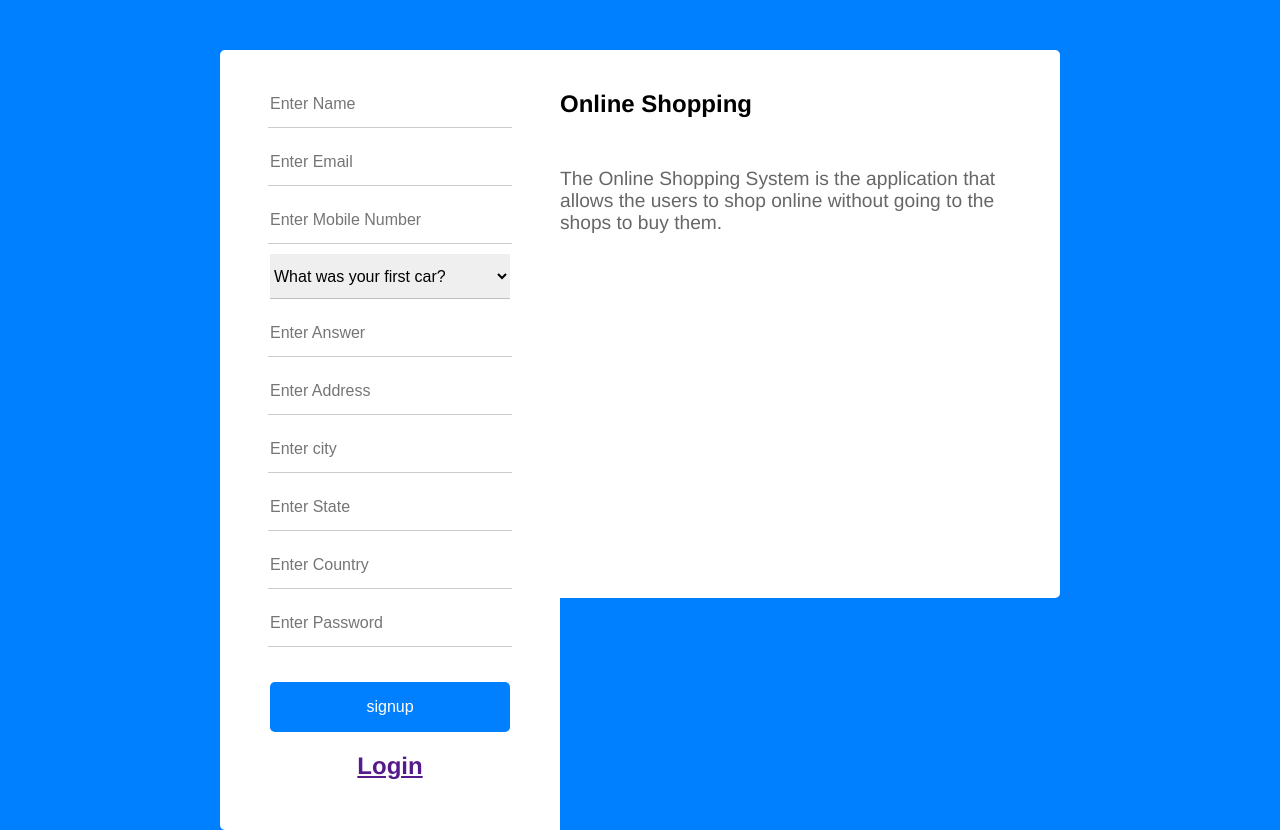
Repository: Dineshbabu290904/DigiMart
Page: http://localhost/ShoppingCart/signup.jsp
An editor plug-in stored every save of this project. The page is shown before and after the next save, followed by the edit.
The browser window is 1280 px wide. The pictures show the whole page.
The page is served by Tomcat 9. Other server files are loaded and not shown.

Above is the page before, as saved 2024-10-12 10:03:43.

### ShoppingCart/src/main/webapp/signup.jsp
<!DOCTYPE html>
<html>
<head>
<link rel="stylesheet" href="css/signup-style.css">
<title>Signup</title>
</head>
<body>
<div id='container'>
  <div class='signup'>
  	<form action ="signupAction" method="post">
  		<input type="text" name="name" placeholder="Enter Name" required>
  		<input type="email" name="email" placeholder="Enter Email" required>
  		<input type="number" name="mobileNumber" placeholder="Enter Mobile Number" required>
  		<select name="securityQuestion" required>
  			<option value="What was your first car?">What was your first car?</option>
  			<option value="What is the name of your first pet?">What is the name of your first pet?</option>
  			<option value="What elementary school did you attend?">What elementary school did you attend?</option>
  			<option value="What is the name of the town where you were born?">What is the name of the town where you were born?</option>
  		</select>
  		<input type="text" name="answer" placeholder="Enter Answer" required>
  		<input type="text" name="address" placeholder="Enter Address" required>
  		<input type="text" name="city" placeholder="Enter city" required>
  		<input type="text" name="state" placeholder="Enter State" required>
  		<input type="text" name="country" placeholder="Enter Country" required>
  		<input type="password" name="password" placeholder="Enter Password" required>
  		<input type="submit" value="signup">
  	</form>
      <h2><a href="">Login</a></h2>
  </div>
  <div class='whysign'>
<%
	String msg = request.getParameter("msg");
	if("vaild".equals(msg)){
%>
<h1>Successfully Registration</h1>
<%} %>
<%
if("invaild".equals(msg)){
%>
<h1>Some thing Went Wrong! Try Again !</h1>
<%} %>
    <h2>Online Shopping</h2>
    <p>The Online Shopping System is the application that allows the users to shop online without going to the shops to buy them.</p>
  </div>
</div>

</body>
</html>

Loaded but not shown: ShoppingCart/src/main/webapp/css/signup-style.css (common file)

After the next save:
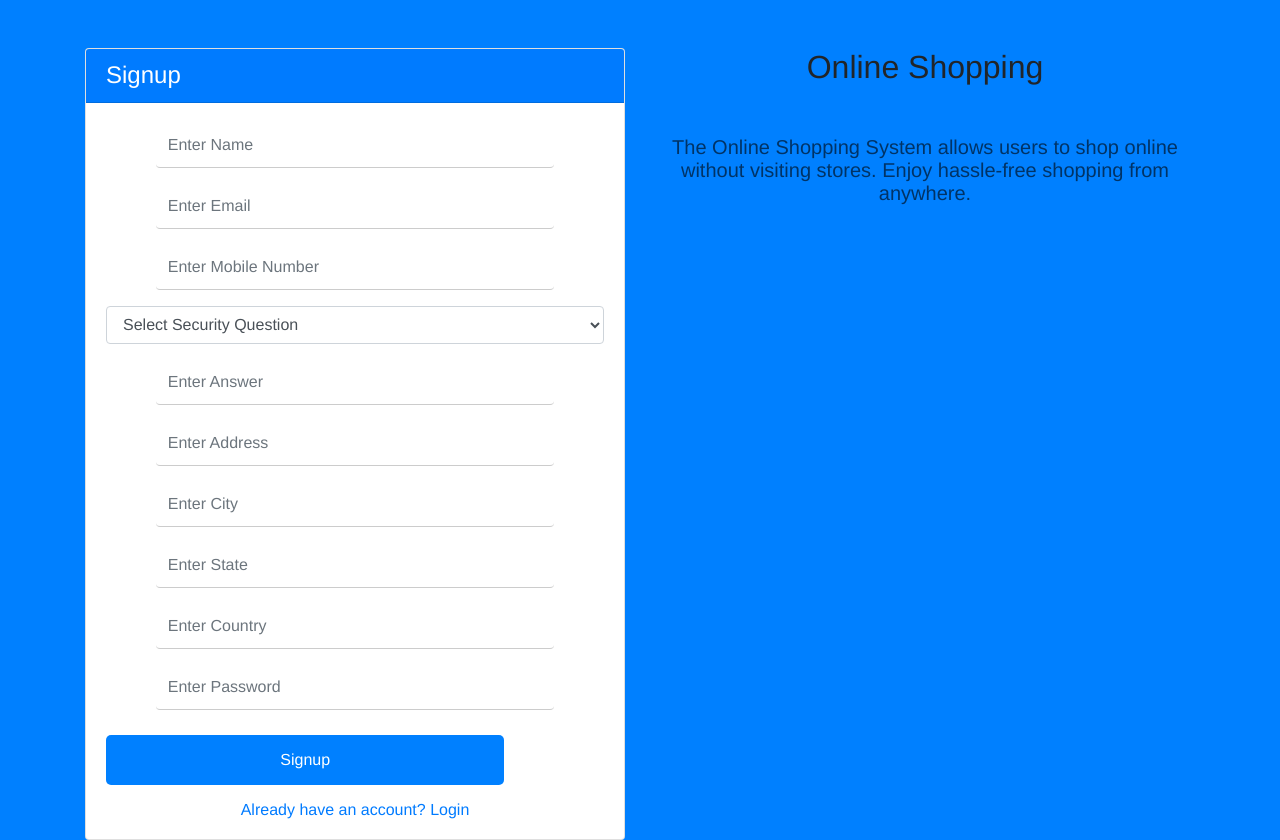
Saved 4 min 26 s later.
--- a/ShoppingCart/src/main/webapp/signup.jsp
+++ b/ShoppingCart/src/main/webapp/signup.jsp
@@ -1,48 +1,97 @@
 <!DOCTYPE html>
-<html>
+<html lang="en">
 <head>
-<link rel="stylesheet" href="css/signup-style.css">
-<title>Signup</title>
+  <meta charset="UTF-8">
+  <meta name="viewport" content="width=device-width, initial-scale=1.0">
+  <title>Signup</title>
+  <!-- Bootstrap CSS -->
+  <link rel="stylesheet" href="https://stackpath.bootstrapcdn.com/bootstrap/4.6.0/css/bootstrap.min.css">
+  <link rel="stylesheet" href="css/signup-style.css">
 </head>
 <body>
-<div id='container'>
-  <div class='signup'>
-  	<form action ="signupAction" method="post">
-  		<input type="text" name="name" placeholder="Enter Name" required>
-  		<input type="email" name="email" placeholder="Enter Email" required>
-  		<input type="number" name="mobileNumber" placeholder="Enter Mobile Number" required>
-  		<select name="securityQuestion" required>
-  			<option value="What was your first car?">What was your first car?</option>
-  			<option value="What is the name of your first pet?">What is the name of your first pet?</option>
-  			<option value="What elementary school did you attend?">What elementary school did you attend?</option>
-  			<option value="What is the name of the town where you were born?">What is the name of the town where you were born?</option>
-  		</select>
-  		<input type="text" name="answer" placeholder="Enter Answer" required>
-  		<input type="text" name="address" placeholder="Enter Address" required>
-  		<input type="text" name="city" placeholder="Enter city" required>
-  		<input type="text" name="state" placeholder="Enter State" required>
-  		<input type="text" name="country" placeholder="Enter Country" required>
-  		<input type="password" name="password" placeholder="Enter Password" required>
-  		<input type="submit" value="signup">
-  	</form>
-      <h2><a href="">Login</a></h2>
+  <div class="container mt-5">
+    <div class="row">
+      <!-- Signup Form -->
+      <div class="col-md-6">
+        <div class="card">
+          <div class="card-header bg-primary text-white">
+            <h4 class="card-title mb-0">Signup</h4>
+          </div>
+          <div class="card-body">
+            <form action="signupAction.jsp" method="post">
+              <div class="form-group">
+                <input type="text" class="form-control" name="name" placeholder="Enter Name" required>
+              </div>
+              <div class="form-group">
+                <input type="email" class="form-control" name="email" placeholder="Enter Email" required>
+              </div>
+              <div class="form-group">
+                <input type="number" class="form-control" name="mobileNumber" placeholder="Enter Mobile Number" required>
+              </div>
+              <div class="form-group">
+                <select class="form-control" name="securityQuestion" required>
+                  <option value="" disabled selected>Select Security Question</option>
+                  <option value="What was your first car?">What was your first car?</option>
+                  <option value="What is the name of your first pet?">What is the name of your first pet?</option>
+                  <option value="What elementary school did you attend?">What elementary school did you attend?</option>
+                  <option value="What is the name of the town where you were born?">What is the name of the town where you were born?</option>
+                </select>
+              </div>
+              <div class="form-group">
+                <input type="text" class="form-control" name="answer" placeholder="Enter Answer" required>
+              </div>
+              <div class="form-group">
+                <input type="text" class="form-control" name="address" placeholder="Enter Address" required>
+              </div>
+              <div class="form-group">
+                <input type="text" class="form-control" name="city" placeholder="Enter City" required>
+              </div>
+              <div class="form-group">
+                <input type="text" class="form-control" name="state" placeholder="Enter State" required>
+              </div>
+              <div class="form-group">
+                <input type="text" class="form-control" name="country" placeholder="Enter Country" required>
+              </div>
+              <div class="form-group">
+                <input type="password" class="form-control" name="password" placeholder="Enter Password" required>
+              </div>
+              <button type="submit" class="btn btn-success btn-block">Signup</button>
+            </form>
+            <div class="text-center mt-3">
+              <a href="login.html">Already have an account? Login</a>
+            </div>
+          </div>
+        </div>
+      </div>
+
+      <!-- Info and Success/Error Message -->
+      <div class="col-md-6">
+        <div class="text-center">
+          <%
+            String msg = request.getParameter("msg");
+            if ("valid".equals(msg)) {
+          %>
+          <div class="alert alert-success" role="alert">
+            Successfully Registered!
+          </div>
+          <% } else if ("invalid".equals(msg)) { %>
+          <div class="alert alert-danger" role="alert">
+            Something went wrong! Please try again.
+          </div>
+          <% } %>
+
+          <h2>Online Shopping</h2>
+          <p class="lead">
+            The Online Shopping System allows users to shop online without visiting stores. Enjoy hassle-free shopping from anywhere.
+          </p>
+        </div>
+      </div>
+    </div>
   </div>
-  <div class='whysign'>
-<%
-	String msg = request.getParameter("msg");
-	if("vaild".equals(msg)){
-%>
-<h1>Successfully Registration</h1>
-<%} %>
-<%
-if("invaild".equals(msg)){
-%>
-<h1>Some thing Went Wrong! Try Again !</h1>
-<%} %>
-    <h2>Online Shopping</h2>
-    <p>The Online Shopping System is the application that allows the users to shop online without going to the shops to buy them.</p>
-  </div>
-</div>
 
+  <!-- Bootstrap JS and dependencies -->
+  <script src="https://code.jquery.com/jquery-3.6.0.min.js"></script>
+  <script src="https://cdn.jsdelivr.net/npm/@popperjs/core@2.9.3/dist/umd/popper.min.js"></script>
+  <script src="https://stackpath.bootstrapcdn.com/bootstrap/4.6.0/js/bootstrap.min.js"></script>
 </body>
 </html>

After the 2 saves that followed:
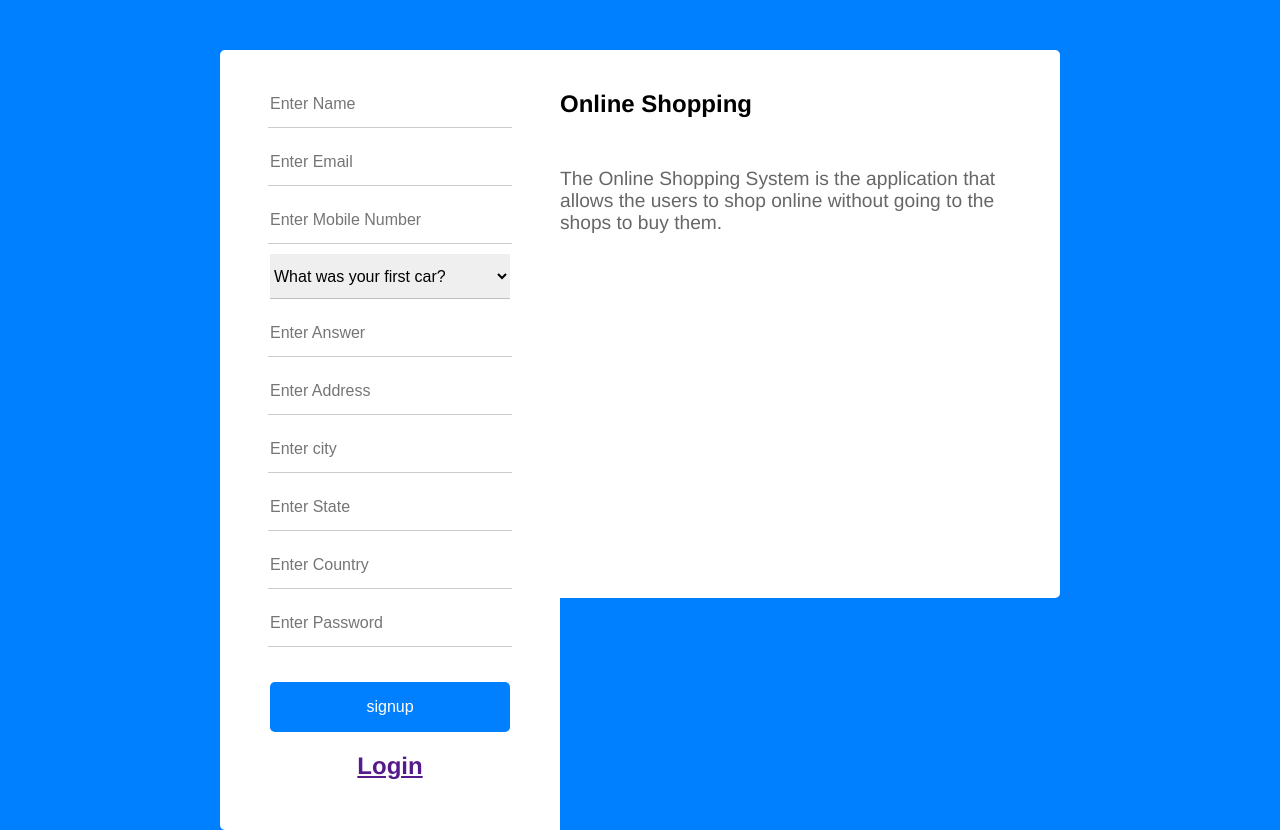
The 2 saves are shown as one change because 1 left the picture as it was.
The last was saved 95 s later.
--- a/ShoppingCart/src/main/webapp/signup.jsp
+++ b/ShoppingCart/src/main/webapp/signup.jsp
@@ -1,97 +1,48 @@
 <!DOCTYPE html>
-<html lang="en">
+<html>
 <head>
-  <meta charset="UTF-8">
-  <meta name="viewport" content="width=device-width, initial-scale=1.0">
-  <title>Signup</title>
-  <!-- Bootstrap CSS -->
-  <link rel="stylesheet" href="https://stackpath.bootstrapcdn.com/bootstrap/4.6.0/css/bootstrap.min.css">
-  <link rel="stylesheet" href="css/signup-style.css">
+<link rel="stylesheet" href="css/signup-style.css">
+<title>Signup</title>
 </head>
 <body>
-  <div class="container mt-5">
-    <div class="row">
-      <!-- Signup Form -->
-      <div class="col-md-6">
-        <div class="card">
-          <div class="card-header bg-primary text-white">
-            <h4 class="card-title mb-0">Signup</h4>
-          </div>
-          <div class="card-body">
-            <form action="signupAction.jsp" method="post">
-              <div class="form-group">
-                <input type="text" class="form-control" name="name" placeholder="Enter Name" required>
-              </div>
-              <div class="form-group">
-                <input type="email" class="form-control" name="email" placeholder="Enter Email" required>
-              </div>
-              <div class="form-group">
-                <input type="number" class="form-control" name="mobileNumber" placeholder="Enter Mobile Number" required>
-              </div>
-              <div class="form-group">
-                <select class="form-control" name="securityQuestion" required>
-                  <option value="" disabled selected>Select Security Question</option>
-                  <option value="What was your first car?">What was your first car?</option>
-                  <option value="What is the name of your first pet?">What is the name of your first pet?</option>
-                  <option value="What elementary school did you attend?">What elementary school did you attend?</option>
-                  <option value="What is the name of the town where you were born?">What is the name of the town where you were born?</option>
-                </select>
-              </div>
-              <div class="form-group">
-                <input type="text" class="form-control" name="answer" placeholder="Enter Answer" required>
-              </div>
-              <div class="form-group">
-                <input type="text" class="form-control" name="address" placeholder="Enter Address" required>
-              </div>
-              <div class="form-group">
-                <input type="text" class="form-control" name="city" placeholder="Enter City" required>
-              </div>
-              <div class="form-group">
-                <input type="text" class="form-control" name="state" placeholder="Enter State" required>
-              </div>
-              <div class="form-group">
-                <input type="text" class="form-control" name="country" placeholder="Enter Country" required>
-              </div>
-              <div class="form-group">
-                <input type="password" class="form-control" name="password" placeholder="Enter Password" required>
-              </div>
-              <button type="submit" class="btn btn-success btn-block">Signup</button>
-            </form>
-            <div class="text-center mt-3">
-              <a href="login.html">Already have an account? Login</a>
-            </div>
-          </div>
-        </div>
-      </div>
+<div id='container'>
+  <div class='signup'>
+  	<form action ="signupAction" method="post">
+  		<input type="text" name="name" placeholder="Enter Name" required>
+  		<input type="email" name="email" placeholder="Enter Email" required>
+  		<input type="number" name="mobileNumber" placeholder="Enter Mobile Number" required>
+  		<select name="securityQuestion" required>
+  			<option value="What was your first car?">What was your first car?</option>
+  			<option value="What is the name of your first pet?">What is the name of your first pet?</option>
+  			<option value="What elementary school did you attend?">What elementary school did you attend?</option>
+  			<option value="What is the name of the town where you were born?">What is the name of the town where you were born?</option>
+  		</select>
+  		<input type="text" name="answer" placeholder="Enter Answer" required>
+  		<input type="text" name="address" placeholder="Enter Address" required>
+  		<input type="text" name="city" placeholder="Enter city" required>
+  		<input type="text" name="state" placeholder="Enter State" required>
+  		<input type="text" name="country" placeholder="Enter Country" required>
+  		<input type="password" name="password" placeholder="Enter Password" required>
+  		<input type="submit" value="signup">
+  	</form>
+      <h2><a href="">Login</a></h2>
+  </div>
+  <div class='whysign'>
+<%
+	String msg = request.getParameter("msg");
+	if("vaild".equals(msg)){
+%>
+<h1>Successfully Registration</h1>
+<%} %>
+<%
+if("vaild".equals(msg)){
+%>
+<h1>Some thing Went Wrong! Try Again !</h1>
+<%} %>
+    <h2>Online Shopping</h2>
+    <p>The Online Shopping System is the application that allows the users to shop online without going to the shops to buy them.</p>
+  </div>
+</div>
 
-      <!-- Info and Success/Error Message -->
-      <div class="col-md-6">
-        <div class="text-center">
-          <%
-            String msg = request.getParameter("msg");
-            if ("valid".equals(msg)) {
-          %>
-          <div class="alert alert-success" role="alert">
-            Successfully Registered!
-          </div>
-          <% } else if ("invalid".equals(msg)) { %>
-          <div class="alert alert-danger" role="alert">
-            Something went wrong! Please try again.
-          </div>
-          <% } %>
-
-          <h2>Online Shopping</h2>
-          <p class="lead">
-            The Online Shopping System allows users to shop online without visiting stores. Enjoy hassle-free shopping from anywhere.
-          </p>
-        </div>
-      </div>
-    </div>
-  </div>
-
-  <!-- Bootstrap JS and dependencies -->
-  <script src="https://code.jquery.com/jquery-3.6.0.min.js"></script>
-  <script src="https://cdn.jsdelivr.net/npm/@popperjs/core@2.9.3/dist/umd/popper.min.js"></script>
-  <script src="https://stackpath.bootstrapcdn.com/bootstrap/4.6.0/js/bootstrap.min.js"></script>
 </body>
 </html>
